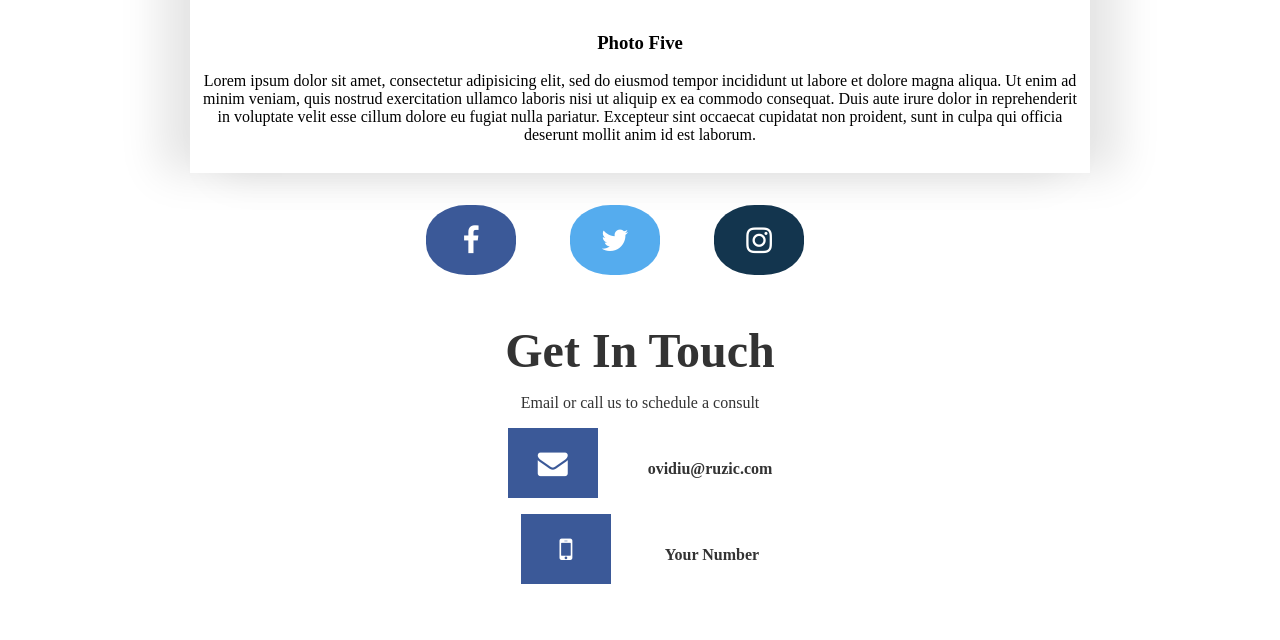
Repository: konstantin0s/mobile-photography
Page: index.html
The author's editor kept a copy of each file at every save. The page is drawn from the files as they stood at one save, then again after the next save.
The browser window is 1280 px wide. The pictures show the part of the page from y = 4062 to 4702 px (the page is 4702 px tall).

Above is the page before, as saved 2019-05-11 14:56:08.

After the next save:
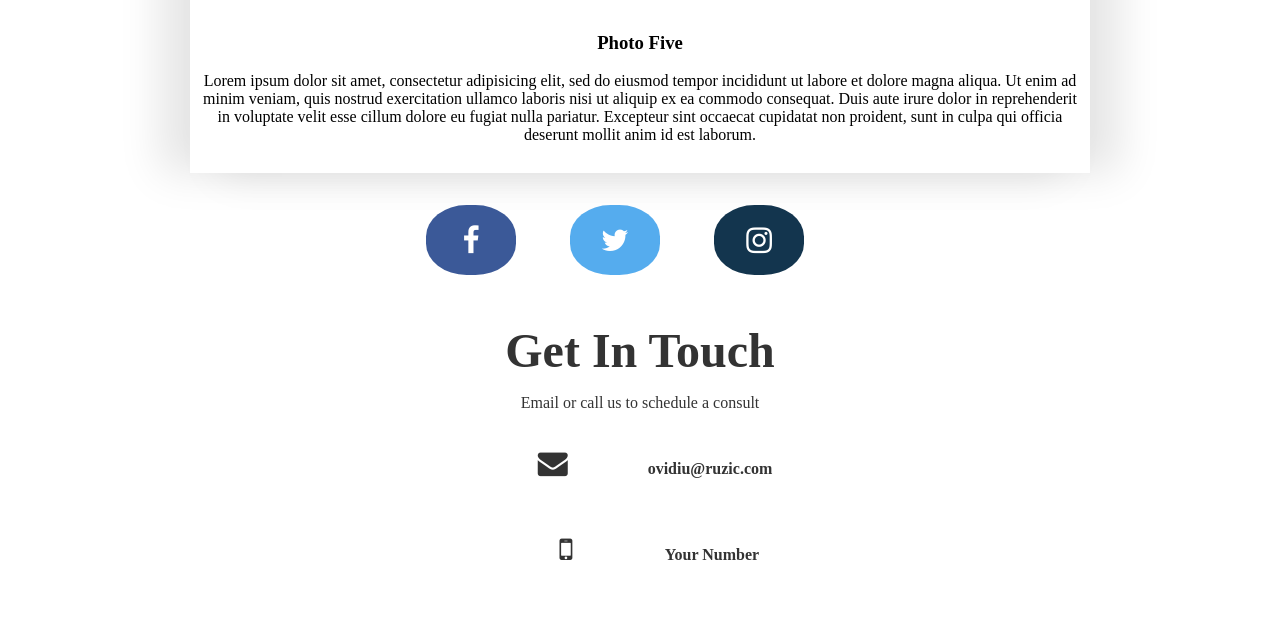
Saved 37 s later.
--- a/css/style.css
+++ b/css/style.css
@@ -153,14 +153,14 @@ footer h3 {
 /* Email & Phone*/
 
 .fa-envelope {
-  background: #3B5998;
-  color: white;
+  /* background: #3B5998;
+  color: white; */
   border-radius: 0%;
 }
 
 .fa-mobile {
-  background: #3B5998;
-  color: white;
+  /* background: #3B5998;
+  color: white; */
   border-radius: 0%;
 }
 
